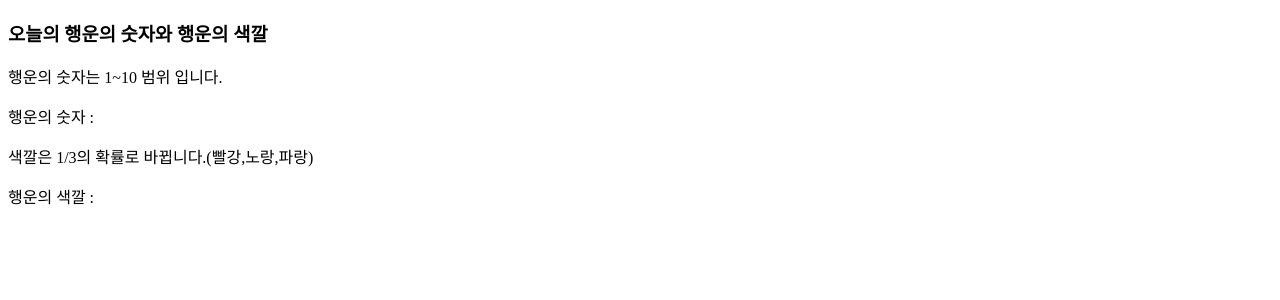
Repository: jungreul97/jsp_pracitce
Page: http://localhost/JSPBasic/JspTag/TagQ01.jsp
The author's editor kept a copy of each file at every save. The page is drawn from the files as they stood at one save, then again after the next save.
The browser window is 1280 px wide. The pictures show the whole page.
The page is served by Tomcat 9.

Above is the page before, as saved 2022-01-28 05:17:58.

### JSPBasic/src/main/webapp/JspTag/TagQ01.jsp
<%@ page language="java" contentType="text/html; charset=UTF-8"
    pageEncoding="UTF-8"%>
<!DOCTYPE html>
<html>
<head>
<meta charset="UTF-8">
<title>Insert title here</title>
</head>
<body>
<%!
	int randomNumber(){
		return (int)(Math.random()*10+1);
	}
	 String randomColor(){
		 int n = (int)(Math.random()*3);
		 String[] arr = {"빨강","노랑","파랑"};
		 return arr[n];
	 }
%>

	<h3>오늘의 행운의 숫자와 행운의 색깔</h3>
	<p>행운의 숫자는 1~10 범위 입니다.</p>
	<p>행운의 숫자 : <%randomNumber(); %></p>
	<p>색깔은 1/3의 확률로 바뀝니다.(빨강,노랑,파랑)</p>
	<p>행운의 색깔 : <%randomColor(); %>

</body>
</html>

After the next save:
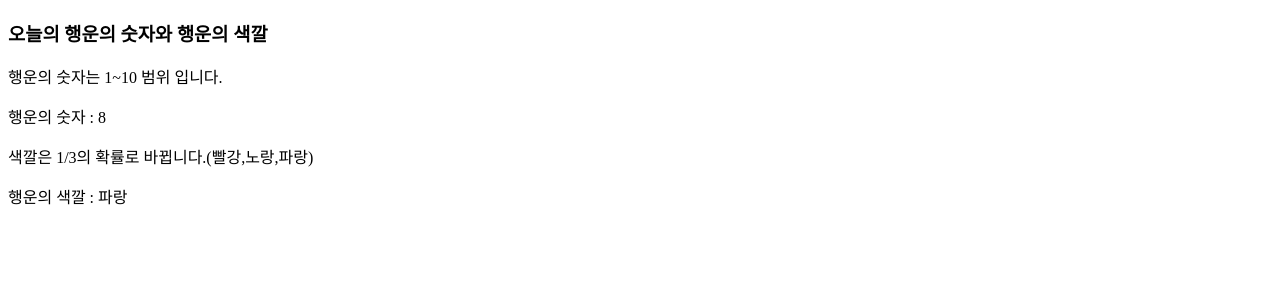
Saved 91 s later.
--- a/JSPBasic/src/main/webapp/JspTag/TagQ01.jsp
+++ b/JSPBasic/src/main/webapp/JspTag/TagQ01.jsp
@@ -20,9 +20,9 @@
 
 	<h3>오늘의 행운의 숫자와 행운의 색깔</h3>
 	<p>행운의 숫자는 1~10 범위 입니다.</p>
-	<p>행운의 숫자 : <%randomNumber(); %></p>
+	<p>행운의 숫자 : <%=randomNumber() %></p>
 	<p>색깔은 1/3의 확률로 바뀝니다.(빨강,노랑,파랑)</p>
-	<p>행운의 색깔 : <%randomColor(); %>
+	<p>행운의 색깔 : <%=randomColor() %>
 
 </body>
 </html>
